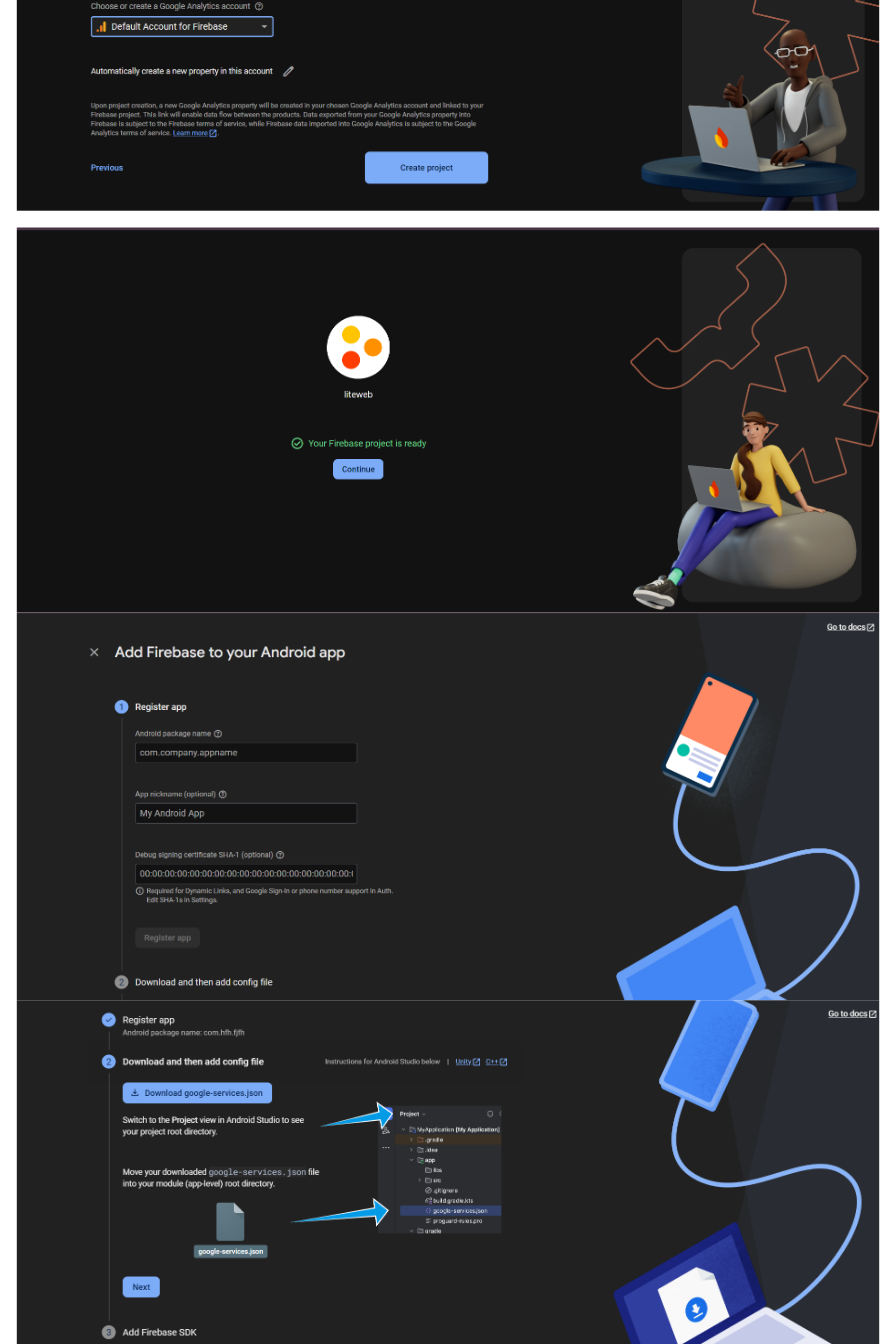
Repository: Safin421/lite--web
Page: index.html
These files come from the project's save history. The page is drawn as it stood at one moment and after a run of saves; the edit follows.
The browser window is 1280 px wide. The pictures show the part of the page from y = 4580 to 6500 px (the page is 9356 px tall before and 9380 px after), at 70% of full size.
A picture or video elsewhere on the page could not be fetched, so the positions and the page height are approximate. Some web libraries are served in a nearby version.

Above is the page before, as saved 2024-10-31 11:58:14.

### index.html
<!DOCTYPE html>
<html lang="en" data-theme="light">
<head>
    <meta charset="UTF-8">
    <meta name="viewport" content="width=device-width, initial-scale=1.0">
    <link href="https://cdn.jsdelivr.net/npm/daisyui@4.12.14/dist/full.min.css" rel="stylesheet" type="text/css" />
<script src="https://cdn.tailwindcss.com"></script>
<style>
    #li{
        border: 2px solid black;
        border-radius: 10px;

    }
    #text{
        color: #777777;

    }
</style>
    <title>Document</title>
</head>
<body class="from-inherit">
    <div class="navbar bg-base-100">
        <div class="flex-auto">
          <a class="btn btn-ghost text-xl "><svg xmlns="http://www.w3.org/2000/svg" viewBox="0 0 20 20" fill="currentColor" className="size-5" class="h-[100%]">
            <path d="M11.983 1.907a.75.75 0 0 0-1.292-.657l-8.5 9.5A.75.75 0 0 0 2.75 12h6.572l-1.305 6.093a.75.75 0 0 0 1.292.657l8.5-9.5A.75.75 0 0 0 17.25 8h-6.572l1.305-6.093Z" />
          </svg>
          LITEWEB</a>
        </div>
        <div class="flex-none  ">
          <ul class="menu menu-horizontal px-1 ">
            <li>
              <details class="">
                <summary class="font-bold" >Documentation For Liteweb</summary>
                <div class="bg-scroll">
                    <ul class="bg-base-100 rounded-t-none p-5   ">
                        <li id="li" ><a href="#num1">Which Android Studio version is needed?</a></li>
                        <li id="li"><a href="#num2">How to generate and replace google-service.json?</a></li>
                        <li id="li"><a href="#num3">How to change OneSignal App Id?</a></li>
                        <li id="li"><a href="#num4">How to change WebView Titles & URLs ?</a></li>
                        <li id="li"><a href="#num5">How to change the package name?</a></li>
                        <li id="li"><a href="#num6">How to change app name?</a></li>
                        <li id="li"><a href="#num7">How to change app name?</a></li>
                        <li id="li"><a href="#num8"> How to change Splash Screen, Application Icon and Other icons?</a></li>
                        <li id="li"><a href="#num9"> How to Change AdMob Details?</a></li>
                        <li id="li"><a href="#num10">How to Generate Signed APK?</a></li>
                      </ul>
                </div>
              </details>
            </li>
          </ul>
        </div>
      </div>
      <hr>
      <!-- main start -->
      <main class="content-center">


        <!-- div1 -->
        <section id="num1">
            <div class="card bg-base-100   px-5 ">
                <div class="card-body">
                  <h1 id="text" class="card-title text-3xl  ">Which Android Studio version is <br> needed?</h1>
                  <p id="text">Android Studio Version Download Android Studio Ladybug | 2024.2.1 Patch 1 is recommended, which can be downloaded from here:<br />
                    <a style="color:#0e8bcb" href="https://developer.android.com/studio" target="_blank">https://developer.android.com/studio</a></p>
                </div>
            <div class="px-2">
                <figure >
                  <img
                    src="images/android_studio_ver.png"
                    alt="" />
                </figure>
                <figure >
                  <img
                    src="images/android_studio_ver_2.png"
                    alt="" />
                </figure>
              </div>
            </div>
        </section>
        <br><hr>
        <!-- div2 -->
        <section id="num2" >
            <div class="card bg-base-100  px-5 ">
                <div class="card-body">
                  <h1 id="text" class="card-title text-3xl">How to Open The Project in Android <br> Studio?</h1>
                  <ol>
                    <li id="text">1.Open Android Studio > Open an Existing Android Studio Project > Select Your Project build. gradle file > ok</li><br>
                    <li id="text">2. Select Project</li>
                  </ol>
                </div>
            <div class="px-2 ">
                <figure>
                    <img class="h-[350px] w-full"
                      src="images/import_1.png"
                      alt="" />
                  </figure><br>
                  <figure>
                    <img class="h-[350px] w-full"
                      src="images/import_2.png"
                      alt="" />
                  </figure>
            </div>
              </div>
        </section>
        <br><hr>
        <!-- div3 -->
        <section id="num3">
            <div >
                <div class="card bg-base-100 w- shadow-xl px-4 ">
                    <div class="card-body">
                      <h1 id="text" class="card-title text-3xl">How to generate and replace google- <br>
                        service.json?</h1>
                      <p id="text" class="font-bold">Open <a style="color:#0e8bcb" href="https://console.firebase.google.com">https://console.firebase.google.com</a>
                      </p>
                      <p id="text" class="font-bold">Create New Project</p>
                    </div>
                    <div class="px-2">
                      <!-- img1 -->
                      <figure>
                        <img
                          src="images/firebase1.png"
                          alt=""
                          />
                      </figure><br>
                      <!-- img2 -->
                      <figure>
                        <img
                          src='images/firebase2.png'
                          alt=''
                          />
                      </figure><br>
                      <!-- img3 -->
                      <figure>
                        <img
                          src='images/firebase3.png'
                          alt=''
                          />
                      </figure><br>
                      <!-- img4 -->
                      <figure>
                        <img
                          src='images/firebase4.png'
                          alt=''
                          />
                      </figure><br>
                      <!-- img5 -->
                      <figure>
                        <img
                          src='images/firebase5.png'
                          alt=''
                          />
                      </figure
                      <figure>
                        <img
                          src='images/firebase6.png'
                          alt=''
                          />
                      </figure
                      <figure>
                        <img
                          src='images/firebase7.png'
                          alt=''
                          />
                      </figure
                      <figure>
                        <img
                          src='images/firebase8.png'
                          alt=''
                          />
                      </figure

                    </div>
                  </div>
            </div>
        </section>
        <!-- div1 -->
        <div >
            <div class="card bg-base-100 w- shadow-xl px-4 ">
                <div class="card-body">
                  <h2 class="card-title">Shoes!</h2>
                  <p>If a dog chews shoes whose shoes does he choose?</p>
                </div>
                <figure>
                  <img
                    src="https://img.daisyui.com/images/stock/photo-1606107557195-0e29a4b5b4aa.webp"
                    alt="Shoes" />
                </figure>
              </div>
        </div>
        <!-- div1 -->
        <div >
            <div class="card bg-base-100 w- shadow-xl px-4 ">
                <div class="card-body">
                  <h2 class="card-title">Shoes!</h2>
                  <p>If a dog chews shoes whose shoes does he choose?</p>
                </div>
                <figure>
                  <img
                    src="https://img.daisyui.com/images/stock/photo-1606107557195-0e29a4b5b4aa.webp"
                    alt="Shoes" />
                </figure>
              </div>
        </div>
        <!-- div1 -->
        <div >
            <div class="card bg-base-100 w- shadow-xl px-4 ">
                <div class="card-body">
                  <h2 class="card-title">Shoes!</h2>
                  <p>If a dog chews shoes whose shoes does he choose?</p>
                </div>
                <figure>
                  <img
                    src="https://img.daisyui.com/images/stock/photo-1606107557195-0e29a4b5b4aa.webp"
                    alt="Shoes" />
                </figure>
              </div>
        </div>
        <!-- div1 -->
        <div >
            <div class="card bg-base-100 w- shadow-xl px-4 ">
                <div class="card-body">
                  <h2 class="card-title">Shoes!</h2>
                  <p>If a dog chews shoes whose shoes does he choose?</p>
                </div>
                <figure>
                  <img
                    src="https://img.daisyui.com/images/stock/photo-1606107557195-0e29a4b5b4aa.webp"
                    alt="Shoes" />
                </figure>
              </div>
        </div>
        <!-- div1 -->
        <div >
            <div class="card bg-base-100 w- shadow-xl px-4 ">
                <div class="card-body">
                  <h2 class="card-title">Shoes!</h2>
                  <p>If a dog chews shoes whose shoes does he choose?</p>
                </div>
                <figure>
                  <img
                    src="https://img.daisyui.com/images/stock/photo-1606107557195-0e29a4b5b4aa.webp"
                    alt="Shoes" />
                </figure>
              </div>
        </div>
        <!-- div2 -->
      </main>
</body>
</html>

After the next 2 saves:
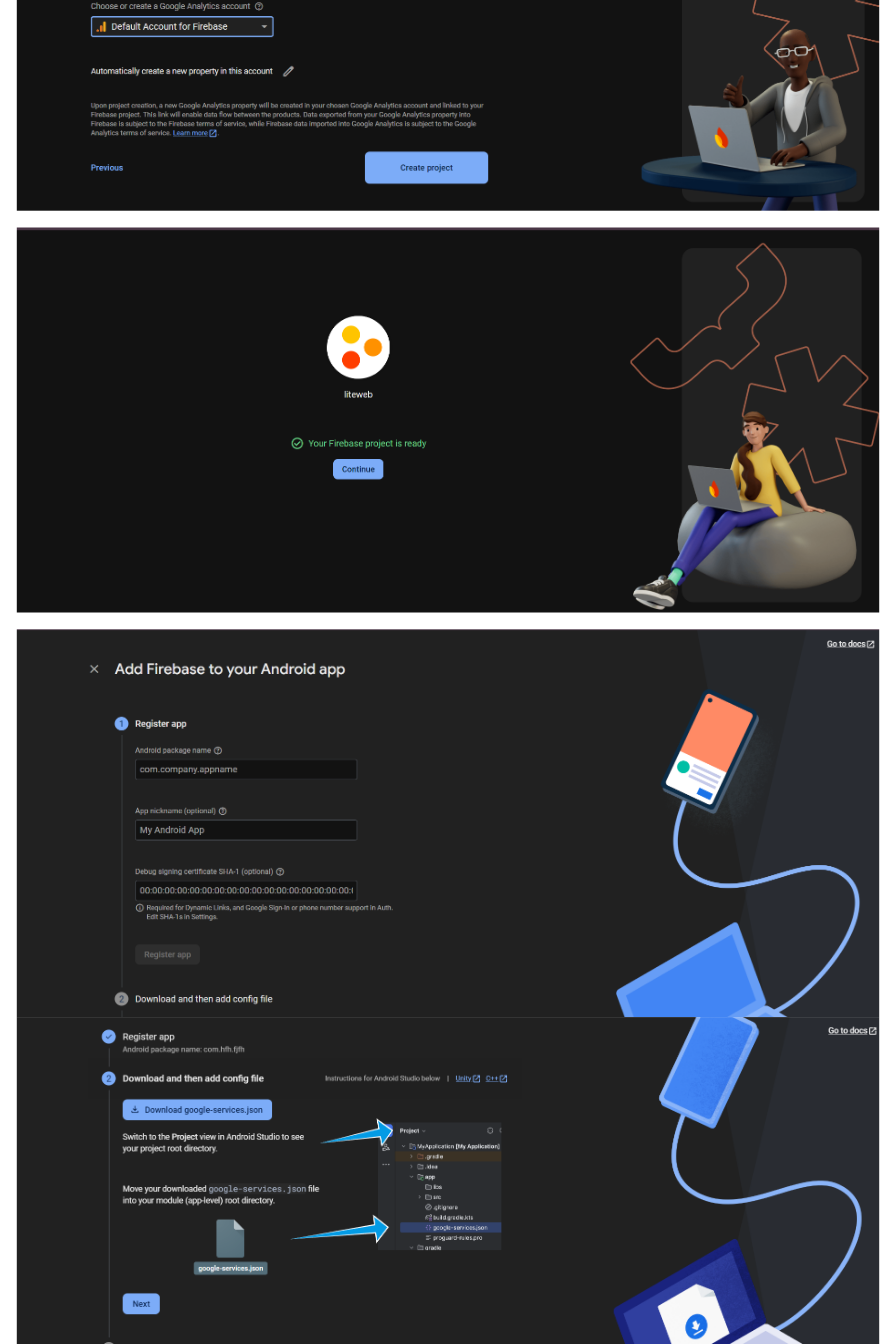
The 2 saves are shown as one change because they came seconds apart.
The last was saved 7 s later.
--- a/index.html
+++ b/index.html
@@ -149,7 +149,7 @@
                           src='images/firebase5.png'
                           alt=''
                           />
-                      </figure
+                      </figure><br>
                       <figure>
                         <img
                           src='images/firebase6.png'
